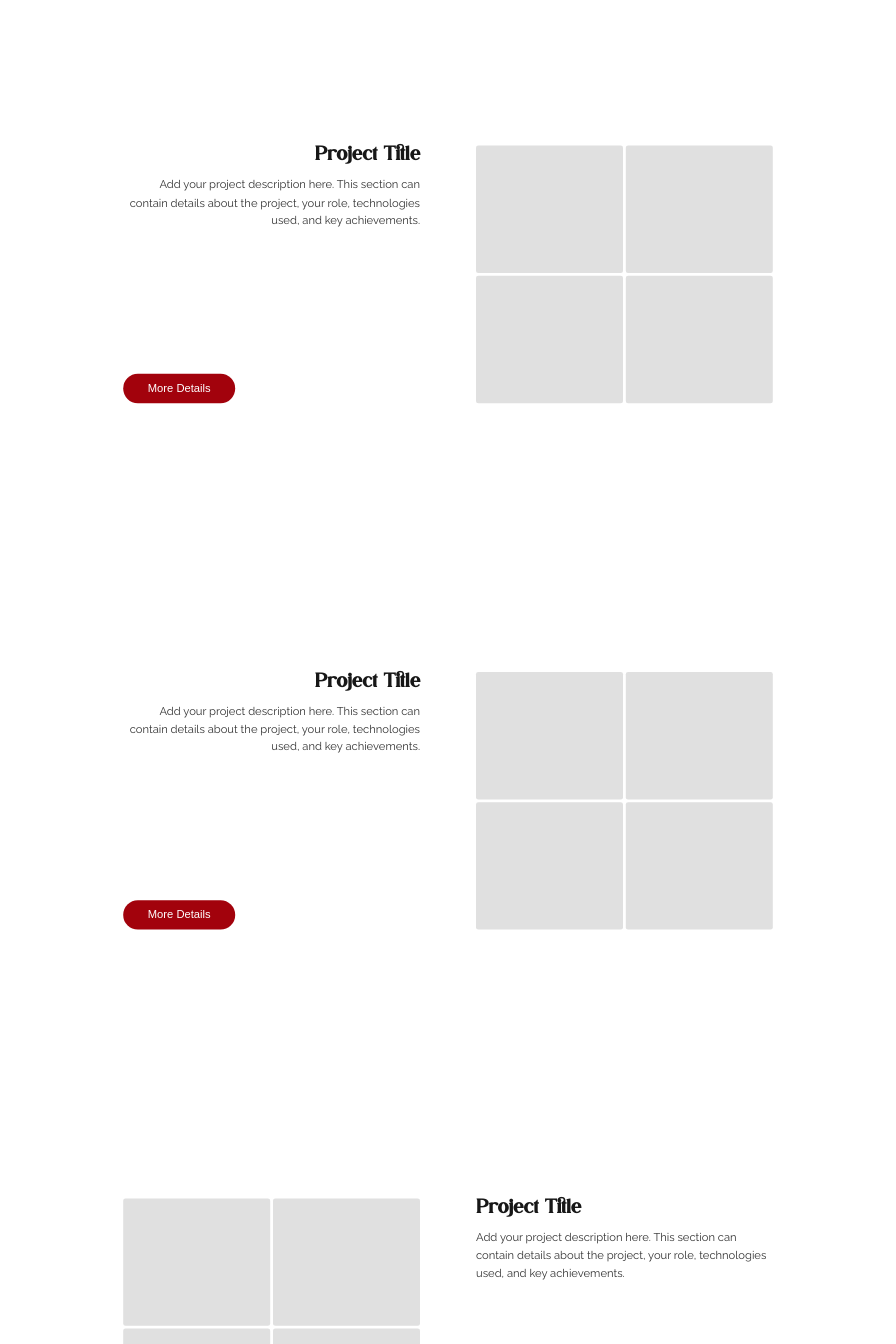
Repository: Micaelavalmores/Micaela-Portfolio
Page: /home-page
These files come from the project's save history. The page is drawn as it stood at one moment and after a run of saves; the edit follows.
The browser window is 1280 px wide. The pictures show the part of the page from y = 0 to 1920 px (the page is 3040 px tall), at 70% of full size.
The project was rebuilt for these pictures with package versions that can differ from the ones it lists, and the page was loaded fresh each time. The framework's server and built-in components were replaced by stand-ins that run in the browser. Also part of the build but not shown: next.config.mjs.

Above is the page before, as saved 2026-01-27 08:35:24.

After the next 2 saves:
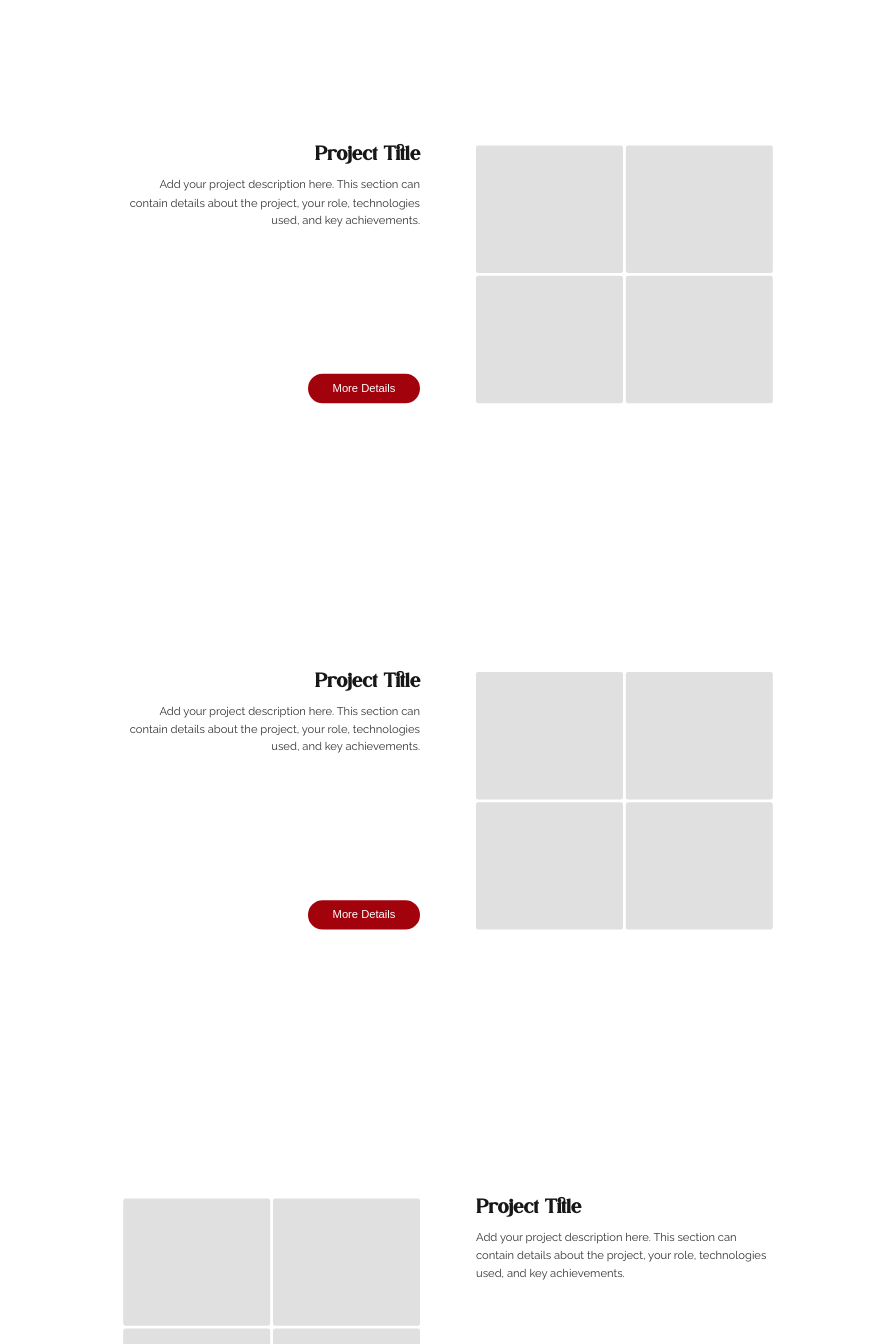
The 2 saves are shown as one change because they came seconds apart.
The last was saved 20 s later.
--- a/app/components/FtProj.module.css
+++ b/app/components/FtProj.module.css
@@ -21,7 +21,7 @@
 }
 
 .reversed .projectButton {
-  justify-content: flex-end;
+  justify-self: end;
 }
 
 .imagesColumn {
